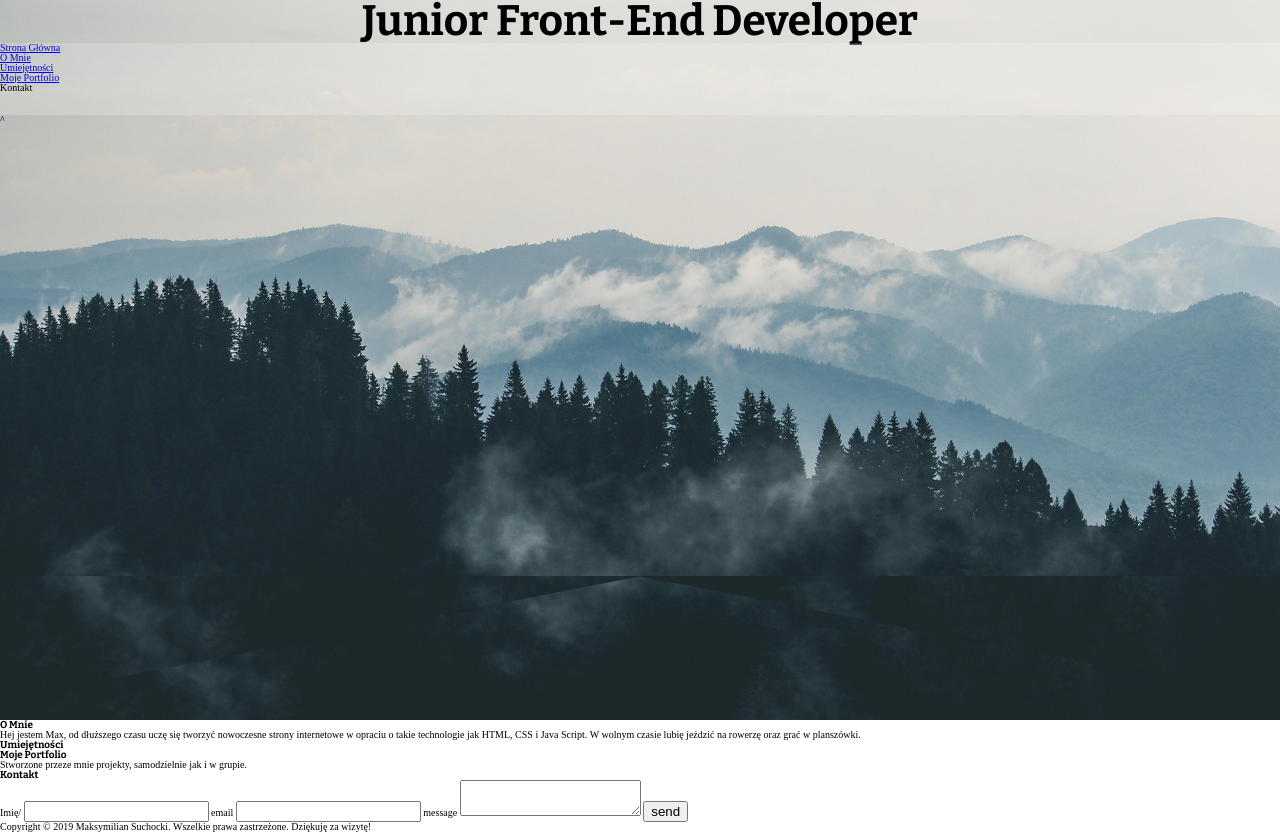
Repository: Maxs777/wizytowka
Page: index.html
These files come from the project's save history. The page is drawn as it stood at one moment and after the next save; the edit follows.
The browser window is 1280 px wide. The pictures show the whole page.

Above is the page before, as saved 2019-03-10 13:01:20.

After the next save:
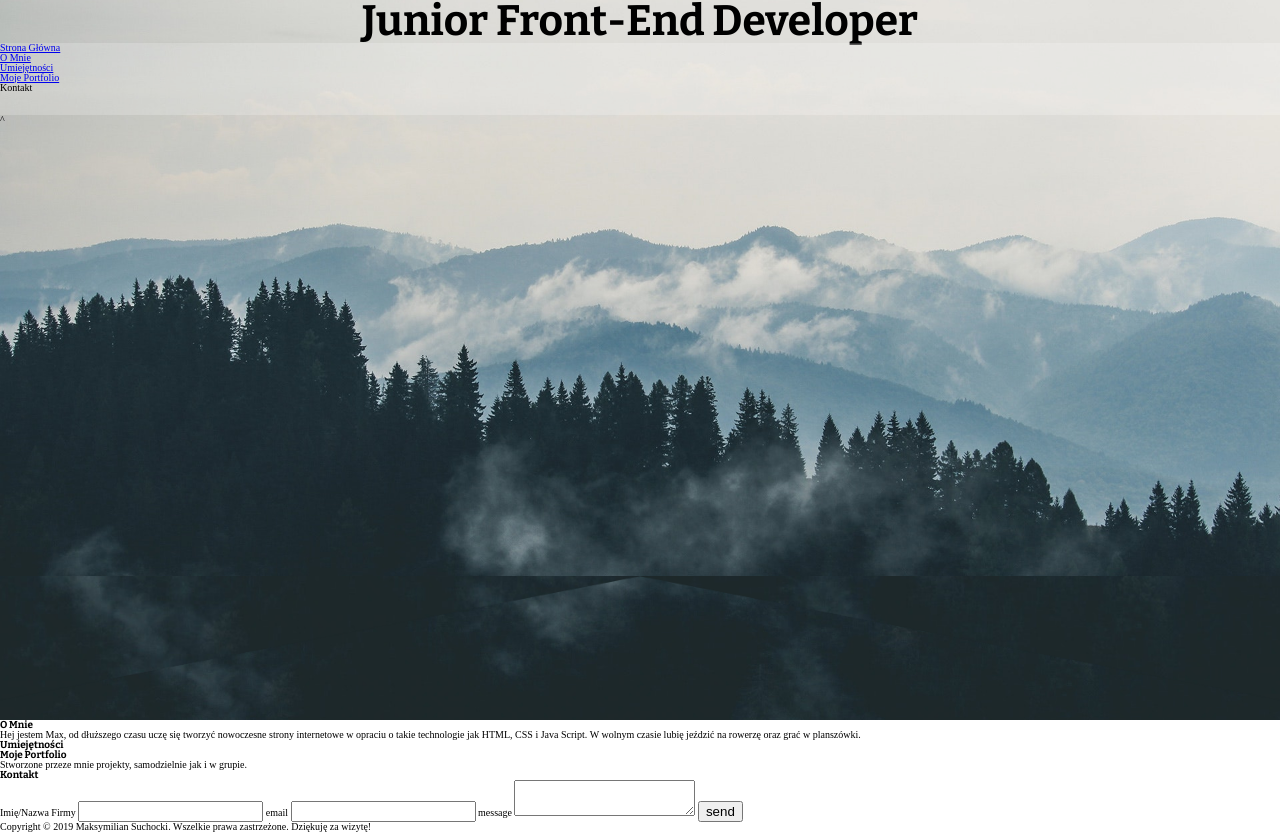
Saved 4 s later.
--- a/index.html
+++ b/index.html
@@ -53,7 +53,7 @@
             <section id="section4" class="contact">
                 <h2>Kontakt</h2>
                 <form action="">
-                    <label for="send-name">Imię/</label>
+                    <label for="send-name">Imię/Nazwa Firmy</label>
                     <input type="name" id="send-name">
                     <label for="send-email">email</label>
                     <input type="email" id="send-email">
